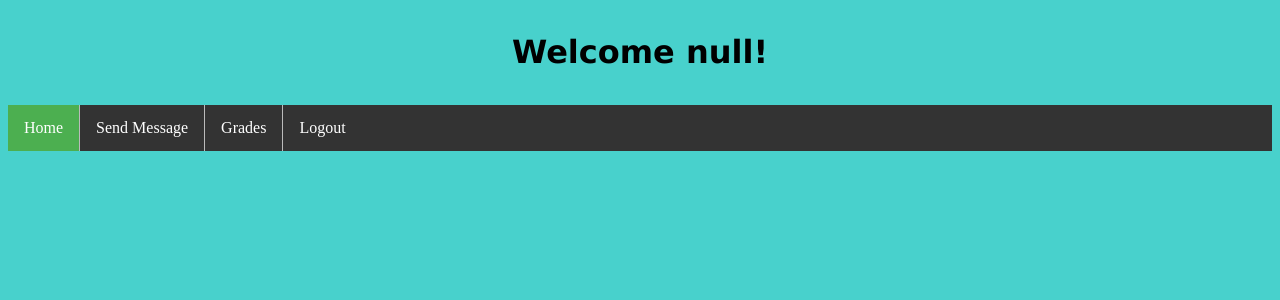
Repository: orsolyanemet/WebProject
Page: http://localhost/Project/userhome.jsp
The author's editor kept a copy of each file at every save. The page is drawn from the files as they stood at one save, then again after the next save.
The browser window is 1280 px wide. The pictures show the whole page.
The page is served by Tomcat 9. Nobody is signed in. The application's start-up code is not run.

Above is the page before, as saved 2018-06-11 20:04:22.

After the next save:
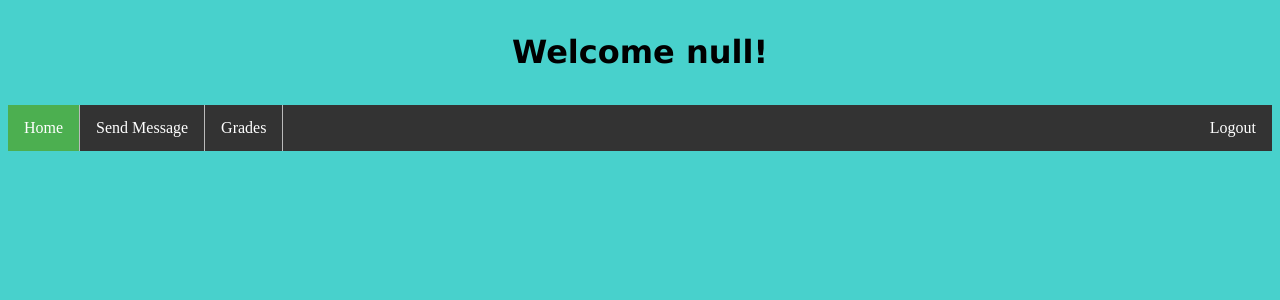
Saved 86 s later.
--- a/Project/WebContent/styles/userhome.css
+++ b/Project/WebContent/styles/userhome.css
@@ -43,6 +43,6 @@ li a:hover:not(.active) {
 .active {
     background-color: #4CAF50;
 }
-right{
+.right{
 	float:right;
 }
